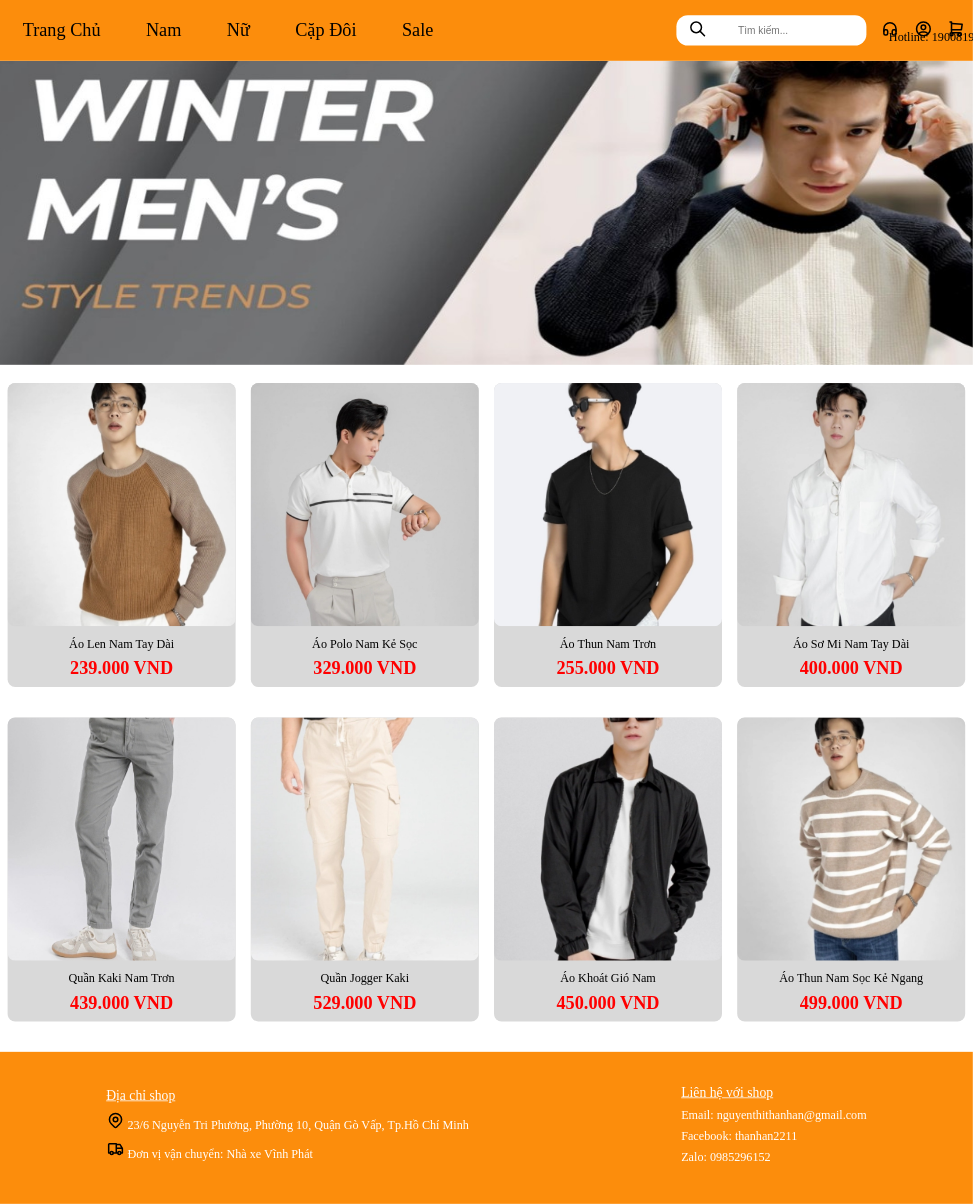
Repository: manhhieu120499/Project_ShopQuanAo
Page: html/nam.html
An editor plug-in stored every save of this project. The page is shown before and after the next save, followed by the edit.
The browser window is 1280 px wide. The pictures show the whole page, at 76% of full size.

Above is the page before, as saved 2023-03-05 23:43:01.

After the next save:
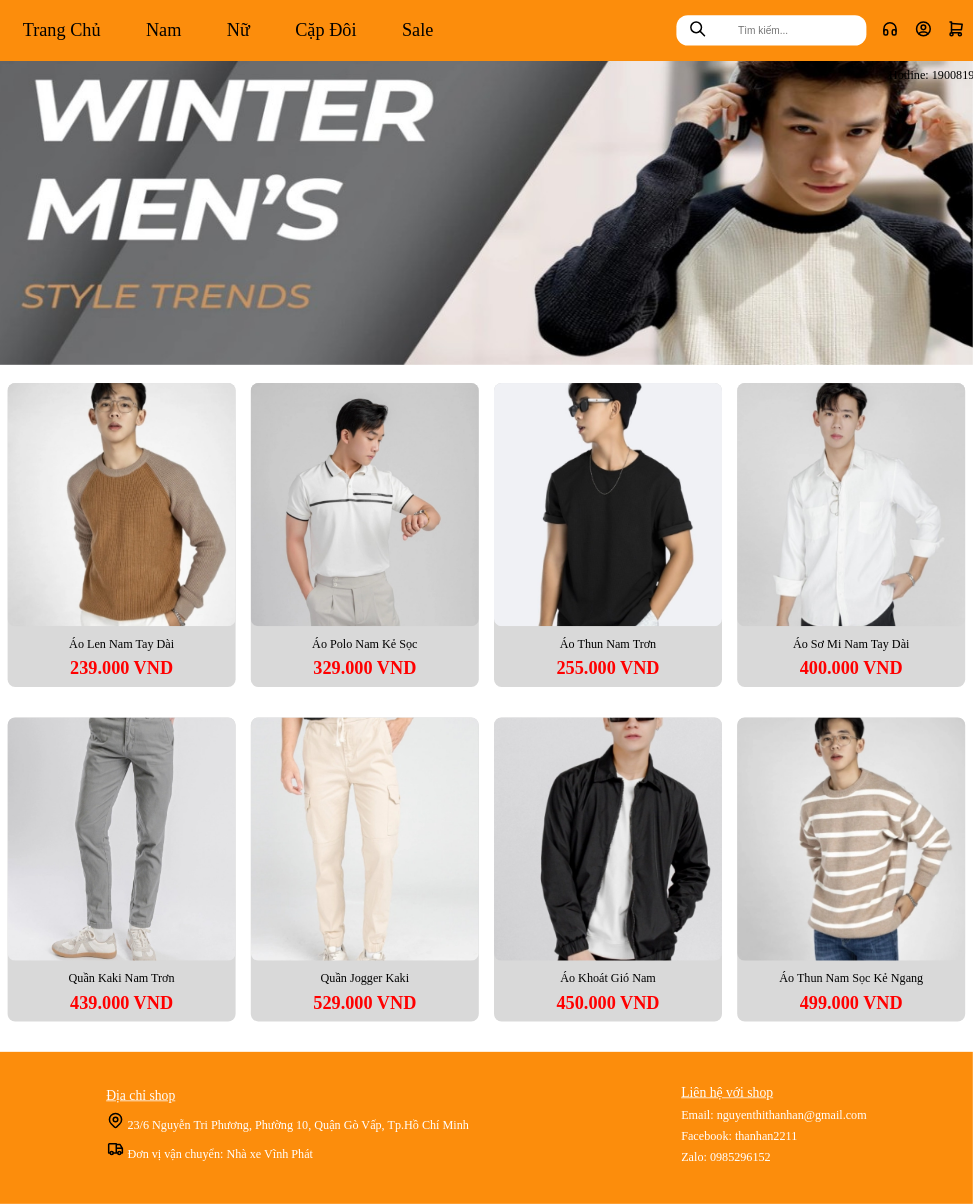
Saved 7 s later.
--- a/css/style_nam.css
+++ b/css/style_nam.css
@@ -160,6 +160,6 @@
 
 .phone_number {
     position: absolute;
-    top: 40px;
+    top: 90px;
     right: -10px;
 }
